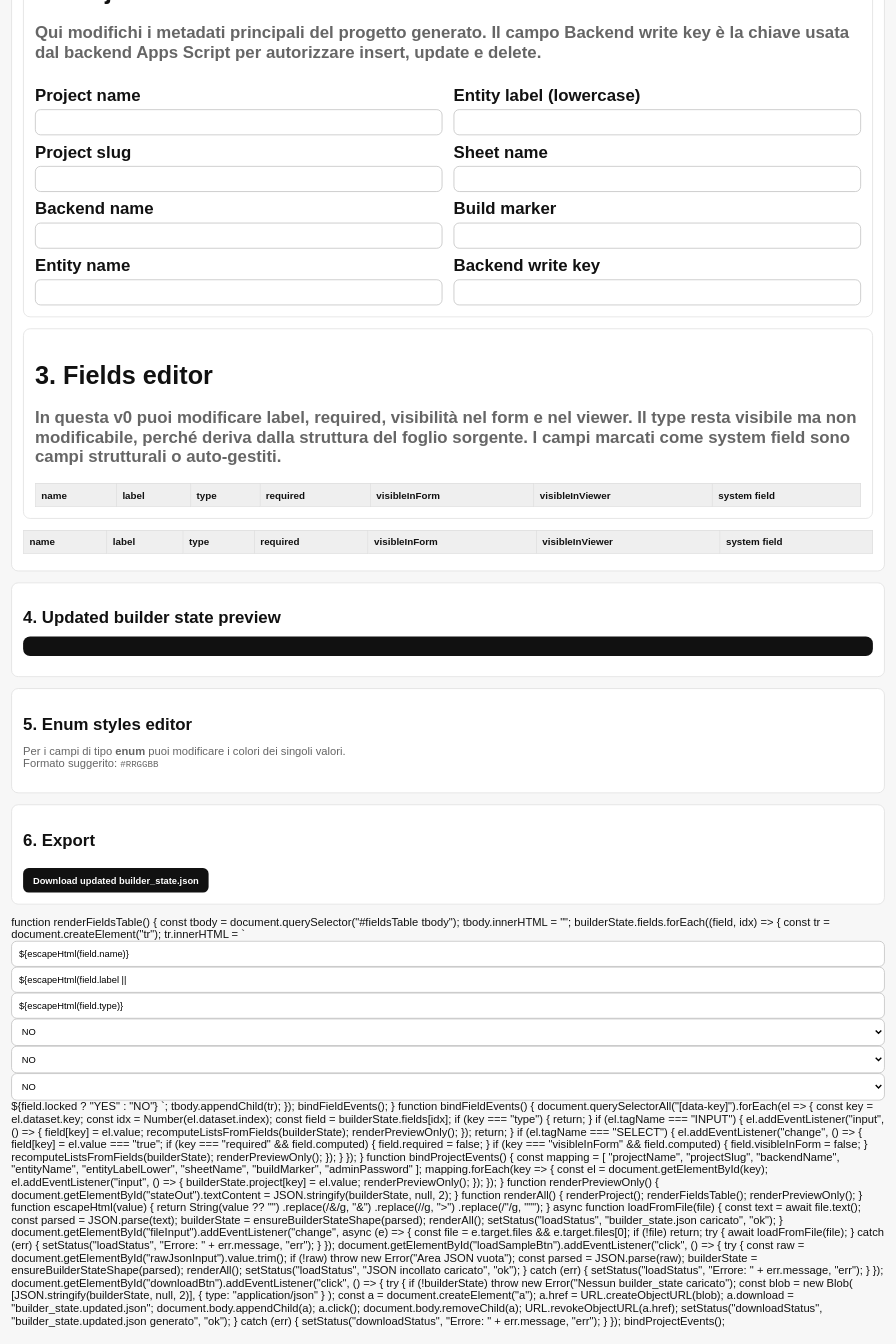
Repository: progettazionemauro/sheets.builder
Page: docs/builder.html
An editor plug-in stored every save of this project. The page is shown before and after the next save, followed by the edit.
The browser window is 1280 px wide. The pictures show the part of the page from y = 693 to 2613 px (the page is 2613 px tall), at 70% of full size.

Above is the page before, as saved 2026-04-14 04:32:29.

After the next save:
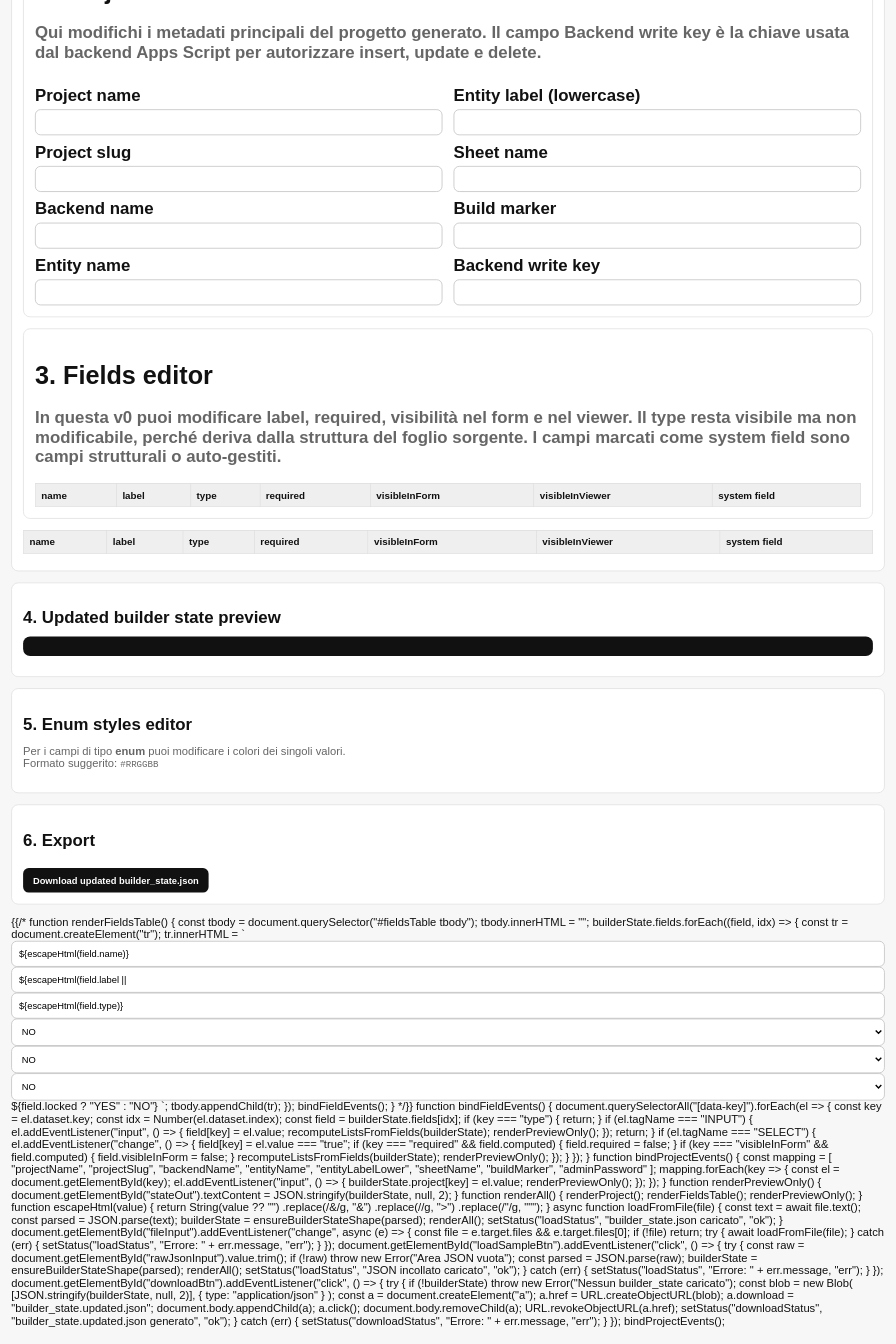
Saved 21 min 36 s later.
--- a/docs/builder.html
+++ b/docs/builder.html
@@ -695,7 +695,7 @@
   bindProjectEvents();
 </script>
 
-  function renderFieldsTable() {
+  {{/*  function renderFieldsTable() {
     const tbody = document.querySelector("#fieldsTable tbody");
     tbody.innerHTML = "";
 
@@ -738,7 +738,7 @@
 
     bindFieldEvents();
   }
-</script>
+</script>  */}}
 
     function bindFieldEvents() {
     document.querySelectorAll("[data-key]").forEach(el => {
